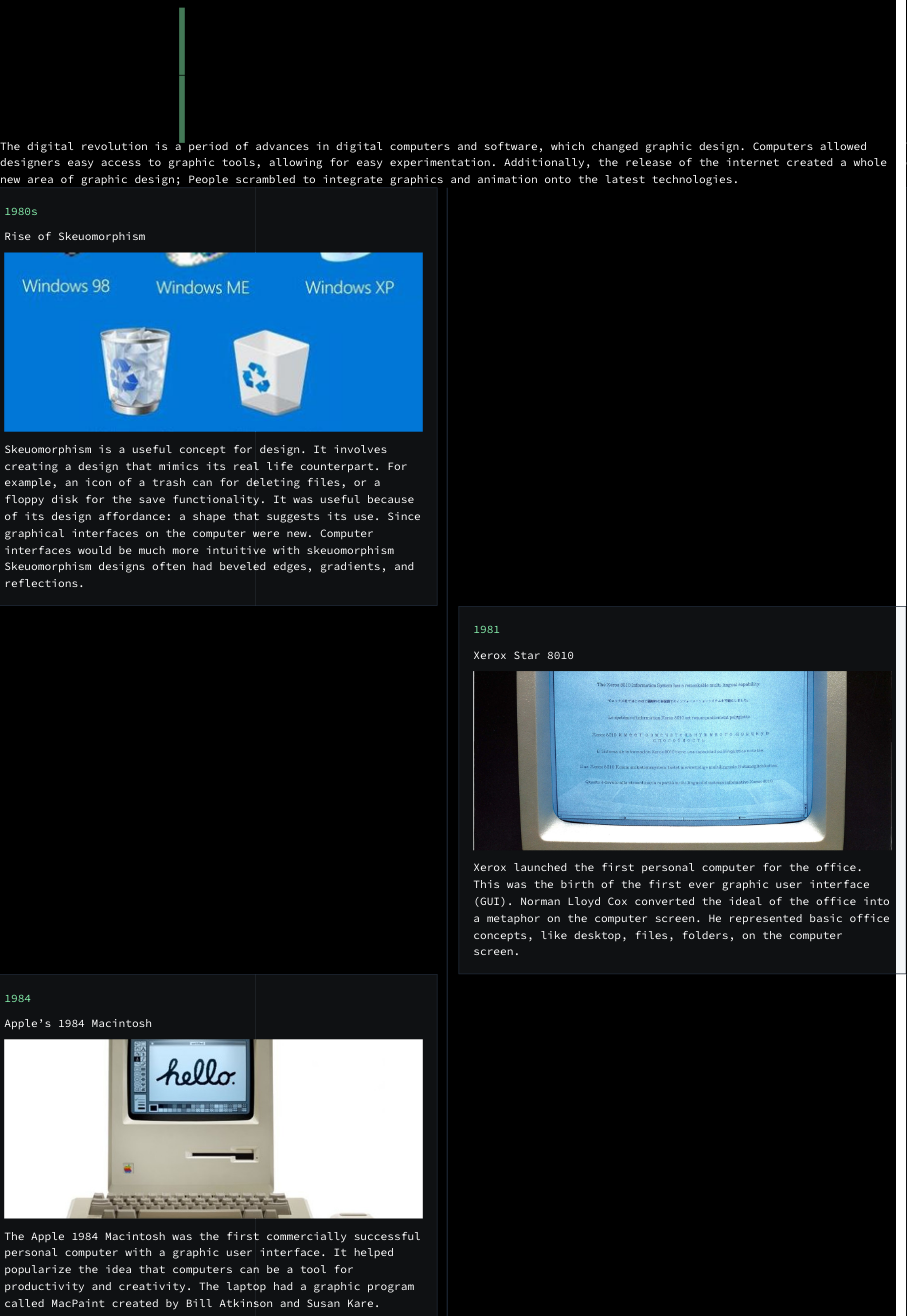
Repository: kayla-lin/graphic-design-timeline
Page: /
These files come from the project's save history. The page is drawn as it stood at one moment and after the next save; the edit follows.
The browser window is 1280 px wide. The page is 1295 px wide, so the pictures cover 1295 px, including what lies to the right of the window. The pictures show the part of the page from y = 524 to 2404 px (the page is 13894 px tall before and 13918 px after), at 70% of full size.
The project was rebuilt for these pictures with package versions that can differ from the ones it lists, and the page was loaded fresh each time. The framework's server and built-in components were replaced by stand-ins that run in the browser. Also part of the build but not shown: next.config.js.

Above is the page before, as saved 2023-05-01 23:07:34.

### styles/globals.css
@tailwind base;
@tailwind components;
@tailwind utilities;

/* Top progress bar */

.progress-bar {
  position: fixed;
  top: 0;
  left: 0;
  right: 0;
  height: 10px;
  background: red;
  transform-origin: 0%;
}

/* Glitch effect */

.glitch {
  animation: glitch 1s linear infinite;
}

@keyframes glitch {
  2%,
  64% {
    transform: translate(2px, 0) skew(0deg);
  }
  4%,
  60% {
    transform: translate(-2px, 0) skew(0deg);
  }
  62% {
    transform: translate(0, 0) skew(5deg);
  }
}

.glitch:before,
.glitch:after {
  content: attr(title);
  position: absolute;
  left: 0;
}

.glitch:before {
  animation: glitchTop 1s linear infinite;
  clip-path: polygon(0 0, 100% 0, 100% 33%, 0 33%);
  -webkit-clip-path: polygon(0 0, 100% 0, 100% 33%, 0 33%);
}

@keyframes glitchTop {
  2%,
  64% {
    transform: translate(2px, -2px);
  }
  4%,
  60% {
    transform: translate(-2px, 2px);
  }
  62% {
    transform: translate(13px, -1px) skew(-13deg);
  }
}

.glitch:after {
  animation: glitchBotom 1.5s linear infinite;
  clip-path: polygon(0 67%, 100% 67%, 100% 100%, 0 100%);
  -webkit-clip-path: polygon(0 67%, 100% 67%, 100% 100%, 0 100%);
}

@keyframes glitchBotom {
  2%,
  64% {
    transform: translate(-2px, 0);
  }
  4%,
  60% {
    transform: translate(-2px, 0);
  }
  62% {
    transform: translate(-22px, 5px) skew(21deg);
  }
}

### pages/components/Introduction/index.tsx
/* eslint-disable @next/next/no-sync-scripts */
import React from "react";
import Script from "next/script";
import Cartwheel from "./Cartwheel";

const Introduction = () => {
  return (
    <>
      <section className="h-screen w-screen text-white flex flex-col justify-center items-center relative">
        <h1
          title="The Digital Revolution"
          className="glitch text-5xl text-green-300"
        >
          The Digital Revolution
        </h1>
        <div
          className="glitch"
          title="Significant graphic design events from 1990s to Present,
        by Kayla Lin"
        >
          Significant graphic design events from 1990s to Present, by Kayla Lin
        </div>
        <Cartwheel />
      </section>
      <section className="text-white">
        <p>
          The digital revolution is a period of advances in digital computers
          and software, which changed graphic design. Computers allowed
          designers easy access to graphic tools, allowing for easy
          experimentation. Additionally, the release of the internet created a
          whole new area of graphic design; People scrambled to integrate
          graphics and animation onto the latest technologies.
        </p>
      </section>
    </>
  );
};

export default Introduction;

### pages/components/TimelineElement/index.tsx
import Image from "next/image";
import React, { FC, useEffect } from "react";
import { useAnimation, motion } from "framer-motion";
import { useInView } from "react-intersection-observer";
import Link from "next/link";

interface Props {
  title: string;
  date: string;
  desc: string[];
  img?: string;
  index?: number;
  href?: string;
  hrefTitle?: string;
}

const TimelineElement: FC<Props> = ({
  title,
  desc,
  img,
  date,
  index,
  href,
  hrefTitle,
}) => {
  const controls = useAnimation();
  const [ref, inView] = useInView();

  const isEven = index && index % 2;

  const squareVariants = {
    visible: {
      opacity: 1,
      left: isEven ? 15 : -15,
      transition: { duration: 0.5 },
    },
    hidden: { opacity: 0, left: isEven ? 100 : -100 },
  };

  useEffect(() => {
    if (inView) {
      controls.start("visible");
    }
  }, [controls, inView]);

  return (
    <motion.div
      ref={ref}
      animate={controls}
      initial="hidden"
      variants={squareVariants}
      className={`w-1/2 relative text-white bg-slate-400 bg-opacity-10 p-5 border border-gray-800 flex flex-col gap-3 ${
        isEven ? "self-end left-5" : "self-start right-5"
      }`}
    >
      <span className="text-green-300">{date}</span>
      <h1>{title}</h1>
      {img && (
        <div className="h-64 w-100 relative">
          <Image
            src={`/img/${img}`}
            alt={title}
            layout="fill"
            style={{ objectFit: "cover" }}
          />
        </div>
      )}
      {desc.map((text, index) => (
        <p key={index}>{text}</p>
      ))}
      {href && hrefTitle && (
        <Link
          href={href}
          target="_blank"
          className="text-green-300 hover:text-green-500 underline"
        >
          {hrefTitle}
        </Link>
      )}
    </motion.div>
  );
};

export default TimelineElement;

### pages/components/Timeline/index.tsx
import React, { FC, ReactNode } from "react";
import TimelineElements from "./TimelineElements";
import { useMotionValueEvent, useScroll, motion } from "framer-motion";

interface Props {
  children: ReactNode;
}

const Timeline: FC<Props> = ({ children }) => {
  const { scrollYProgress } = useScroll();
  const [hookedYPostion, setHookedYPosition] = React.useState(0);

  useMotionValueEvent(scrollYProgress, "change", (latest) => {
    setHookedYPosition(latest);
  });

  return (
    <section className="container mx-auto flex flex-col relative ">
      <svg
        height="210"
        width="500"
        className="right-1/2 w-0.5 h-full absolute z-20"
        preserveAspectRatio="none"
      >
        <motion.line
          x1="0"
          y1="0"
          pathLength="0.5"
          x2="0"
          y2={`${hookedYPostion * 97}%`}
          className="stroke-gray-800 opacity-80"
          style={{
            strokeWidth: "10",
            height: "100%",
            vectorEffect: "non-scaling-stroke",
          }}
        />
      </svg>
      <TimelineElements>{children}</TimelineElements>
    </section>
  );
};

export default Timeline;

### pages/components/ProgressBar/index.tsx
import React from "react";
import { motion, useScroll } from "framer-motion";

const ProgressBar = () => {
  const { scrollYProgress } = useScroll();

  return (
    <motion.div
      className="fixed top-0 left-0 right-0 h-1 bg-green-300 origin-[0%] z-50"
      style={{ scaleX: scrollYProgress }}
    />
  );
};

export default ProgressBar;

### pages/components/Introduction/Cartwheel/index.tsx
import React, { useEffect, useState } from "react";

const Cartwheel = () => {
  var frame1 = [
    "<pre><code>",
    " ",
    " _o",
    "__|-",
    "   >",
    "</code></pre>",
  ].join("\n");
  var frame2 = [
    "<pre><code>",
    " ",
    "    o/",
    "    |__",
    "    |",
    "</code></pre>",
  ].join("\n");

  var frame3 = [
    "<pre><code>",
    " ",
    "   \\o_",
    "  __/",
    "     >",
    "</code></pre>",
  ].join("\n");

  var frame4 = [
    "<pre><code>",
    " ",
    "      ",
    "   \\__/o",
    "   /   \\",
    "</code></pre>",
  ].join("\n");

  var frame5 = [
    "<pre><code>",
    " ",
    "   \\ /",
    "    |",
    "   /o\\",
    "</code></pre>",
  ].join("\n");

  var frame6 = [
    "<pre><code>",
    " ",
    "    --",
    "   /",
    "  o|",
    "</code></pre>",
  ].join("\n");

  var frame7 = [
    "<pre><code>",
    " ",
    "   __o",
    "     |",
    "    <<",
    "</code></pre>",
  ].join("\n");

  var frame8 = [
    "<pre><code>",
    " ",
    "   |o",
    "   /",
    "  |",
    "</code></pre>",
  ].join("\n");

  var frame9 = [
    "<pre><code>",
    " ",
    "   \\__/o",
    "     ",
    "    ",
    "</code></pre>",
  ].join("\n");

  var frame10 = [
    "<pre><code>",
    "    /",
    "   |",
    "   o\\",
    "    ",
    "</code></pre>",
  ].join("\n");

  var frame11 = [
    "<pre><code>",
    "    ",
    "  o____",
    "  /",
    "    ",
    "</code></pre>",
  ].join("\n");

  var frame12 = [
    "<pre><code>",
    " ",
    "   __o",
    "      \\",
    "     <<",
    "</code></pre>",
  ].join("\n");

  var frame13 = [
    "<pre><code>",
    " ",
    "    o/",
    "    |",
    "   < \\",
    "</code></pre>",
  ].join("\n");

  var still = [
    "<pre><code>",
    " ",
    "    o",
    "    |",
    "    |",
    "</code></pre>",
  ].join("\n");

  const frames = [
    still,
    frame1,
    frame2,
    frame3,
    frame4,
    frame5,
    frame6,
    frame7,
    frame8,
    frame9,
    frame10,
    frame11,
    frame12,
    frame13,
    still,
  ];

  const [currentFrame, setCurrentFrame] = useState(0);

  useEffect(() => {
    setTimeout(() => {
      console.log(currentFrame);
      console.log("frame");
      if (currentFrame === frames.length - 1) {
        setCurrentFrame(0);
      } else {
        setCurrentFrame((prev) => prev + 1);
      }
    }, 500);
  }, [currentFrame, frames.length]);

  return (
    <span
      dangerouslySetInnerHTML={{ __html: frames[currentFrame] }}
      className="absolute bottom-0 left-0 text-8xl text-green-300 opacity-50"
    ></span>
  );
};

export default Cartwheel;

### pages/components/Timeline/TimelineElements/index.tsx
import React, { Children, FC, ReactNode } from "react";

interface Props {
  children: ReactNode;
}

const TimelineElements: FC<Props> = ({ children }) => {
  const mapped = Children.map(children, (child, index) => {
    if (React.isValidElement(child)) {
      return React.cloneElement(child, {
        ...child.props,
        index,
        isFirst: index === 0,
        isLast: !Array.isArray(children) || index === children.length - 1,
      });
    }
    return null;
  });
  return <>{mapped}</>;
};

export default TimelineElements;

Loaded but not shown: pages/_app.tsx (common file); pages/_document.tsx (common file); tailwind.config.js (common file); pages/index.tsx (210 lines, source omitted)

After the next save:
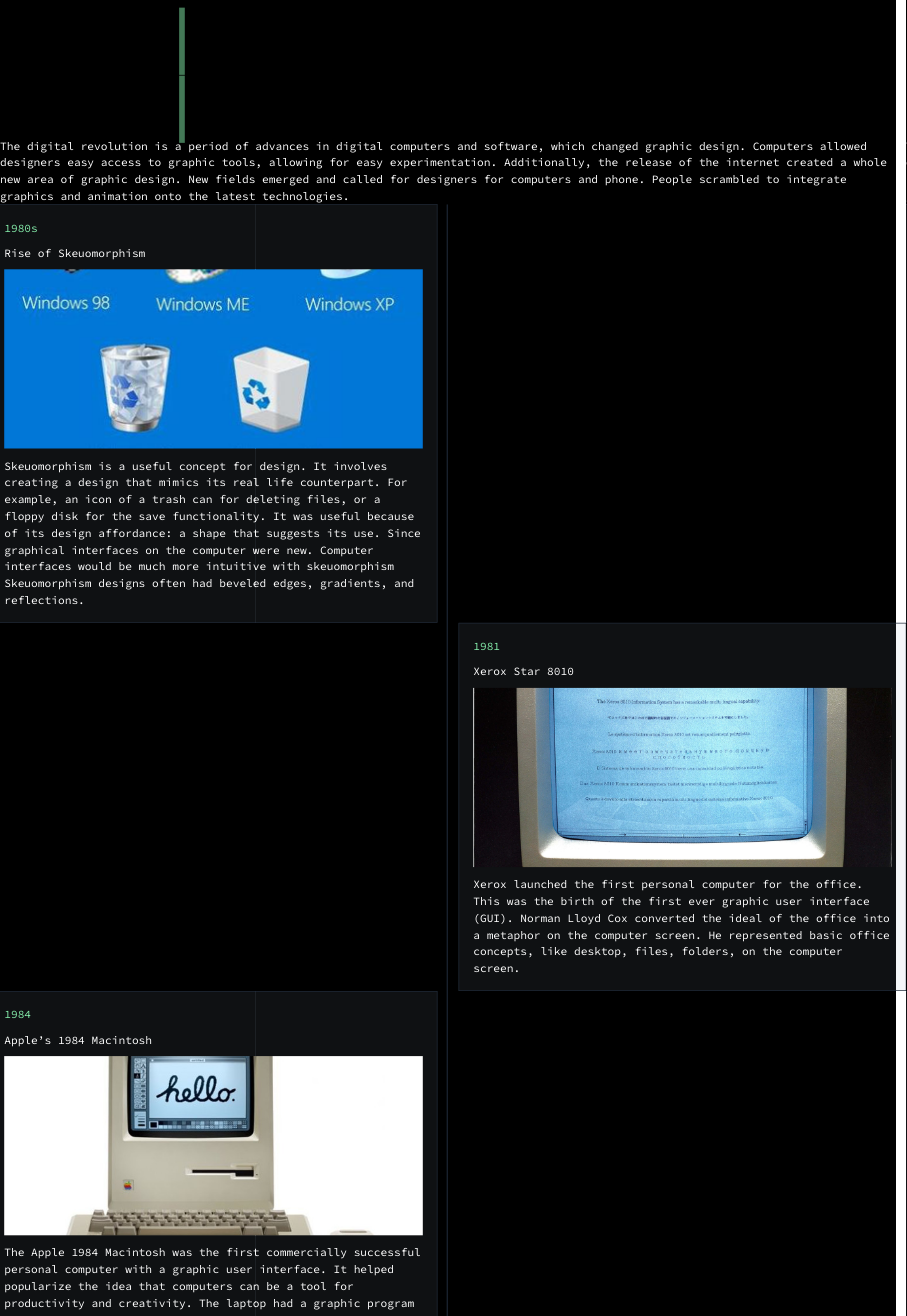
Saved 55 s later.
--- a/pages/components/Introduction/index.tsx
+++ b/pages/components/Introduction/index.tsx
@@ -28,7 +28,8 @@
           and software, which changed graphic design. Computers allowed
           designers easy access to graphic tools, allowing for easy
           experimentation. Additionally, the release of the internet created a
-          whole new area of graphic design; People scrambled to integrate
+          whole new area of graphic design. New fields emerged and called for
+          designers for computers and phone. People scrambled to integrate
           graphics and animation onto the latest technologies.
         </p>
       </section>
